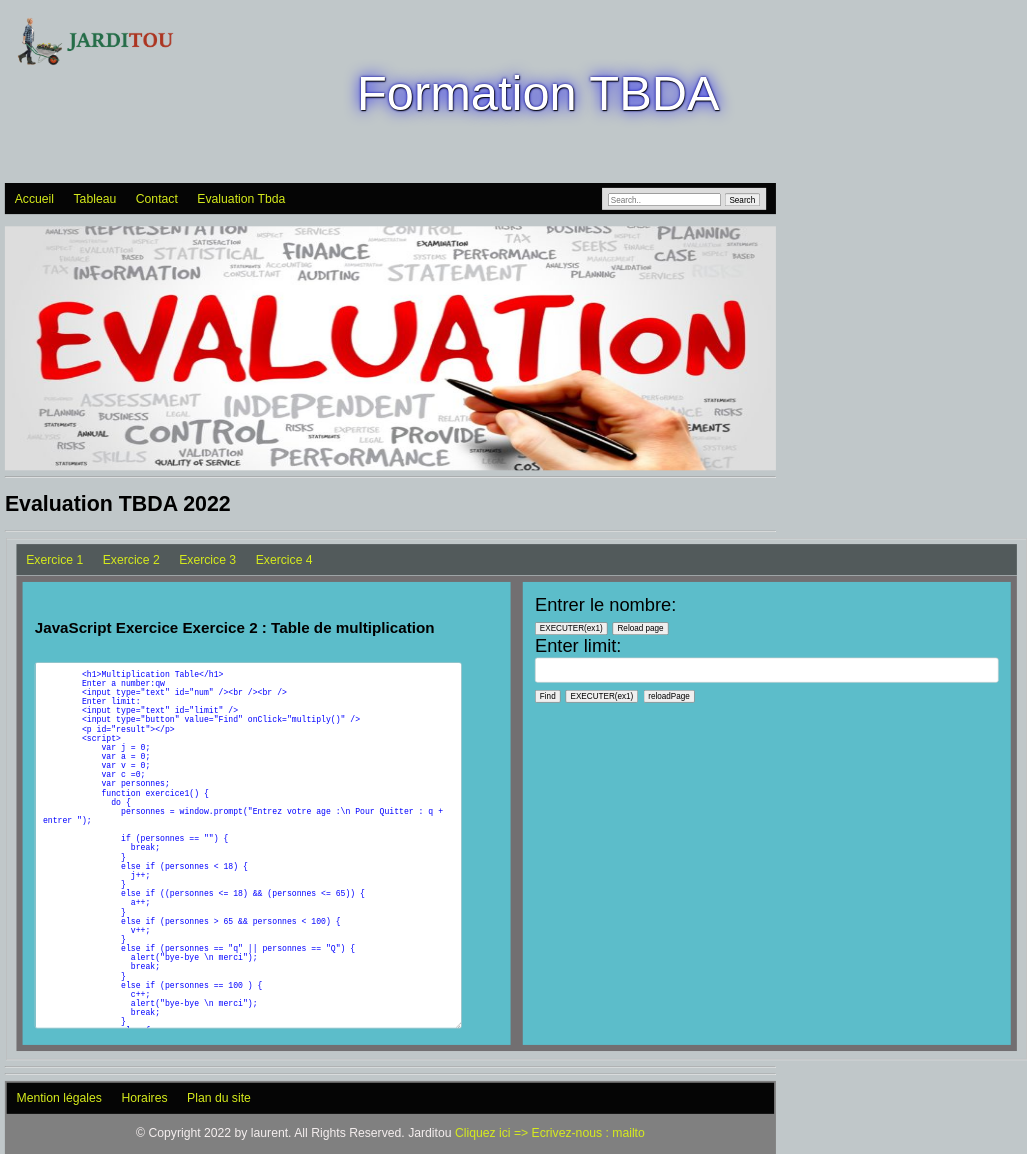
Repository: laurentbul/jarditou
Page: javascript/EvaluationTbda/ex1.html
These files come from the project's save history. The page is drawn as it stood at one moment and after the next save; the edit follows.
The browser window is 1280 px wide. The page is 1684 px wide, so the pictures cover 1684 px, including what lies to the right of the window. The pictures show the whole page, at 61% of full size.
An inner scrolling area shows only its first screen.

Above is the page before, as saved 2022-12-15 20:53:54.

### javascript/EvaluationTbda/ex1.html
<!DOCTYPE html>
<html lang="fr">

<head>
    <meta charset="UTF-8">
    <meta http-equiv="X-UA-Compatible" content="IE=edge">
    <meta name="viewport" content="width=device-width, initial-scale=1.0">
    <title>cours exercices HTML</title>
    <link rel="stylesheet" href="../assets/css/style.css" />
    <style>
        .flex-container2 {
            display: flex;
            background-color: rgb(114, 111, 113);
            justify-content: center;
        }

        .flex-container2>div {
            background-color: #5cbdca;
            margin: 10px;
            padding: 20px;
            font-size: 30px;
            width: 800px;
        }
    </style>
</head>

<body>
    <div class="flex-container">
        <div class="logo"><img src="../assets/img/jarditou_logo.png" alt="jarditou logo" title="jarditou logo"
                height="80" />
        </div>
        <div>
            <p class="slogan">Formation TBDA </p>
        </div>
    </div>
    <nav>
        <ul>
            <li><a href="../index.html">Accueil</a></li>
            <li><a href="../table.html">Tableau</a></li>
            <li><a href="../contact.html">Contact</a></li>
            <li><a href="../EvaluationTbda/evaluation_tbda.html">Evaluation Tbda</a></li>
            <li class="search-container">
                <div>
                    <form action="/action_page.php">
                        <input type="text" class="searchinput" placeholder="Search.." name="search" />
                        <button type="submit">Search</button>
                    </form>
                </div>
            </li>
        </ul>
    </nav>
    <img src="../assets/img/evaluation2.jpg" width="500" height="400" alt="qu'est ce que html" class="imgpromotion"
        title="promotion jarditou" />
    <hr />
    <h1>Evaluation TBDA 2022</h1>
    <hr>
    <fieldset>
        <nav style="padding:1px 0; font-size:20px;">
            <ul style="background-color: #525a5b;">
                <li><a href="eval_ex1.html">Exercice 1 </a></li>
                <li><a href="eval_ex2.html">Exercice 2 </a></li>
                <li><a href="eval_ex3.html">Exercice 3</a></li>
                <li><a href="eval_ex4.html">Exercice 4</a></li>
            </ul>
        </nav>
        <div class="flex-container2">
            <div id="code">
                <h5>JavaScript Exercice Exercice 2 : Table de multiplication</h5>
                <textarea style="height: 600px;width: 700px; color: blue;">
        <h1>Multiplication Table</h1>
        Enter a number:qw
        <input type="text" id="num" /><br /><br />
        Enter limit:
        <input type="text" id="limit" />
        <input type="button" value="Find" onClick="multiply()" />
        <p id="result"></p>
        <script>
            var j = 0;
            var a = 0;
            var v = 0;
            var c =0;
            var personnes;
            function exercice1() {
              do {
                personnes = window.prompt("Entrez votre age :\n Pour Quitter : q + entrer ");

                if (personnes == "") {
                  break;
                }
                else if (personnes < 18) {
                  j++;
                }
                else if ((personnes <= 18) && (personnes <= 65)) {
                  a++;
                }
                else if (personnes > 65 && personnes < 100) {
                  v++;
                }
                else if (personnes == "q" || personnes == "Q") {
                  alert("bye-bye \n merci");
                  break;
                }
                else if (personnes == 100 ) {
                  c++;
                  alert("bye-bye \n merci");
                  break;
                }
                else {
                  alert("Entrer un chiffre svp entre 1 et 100")
                }
              }
              while (personnes <= 100);
              window.alert("Il y a " + "" + j + "" + " jeunes\n " + "Il y a " + "" + a + "" + " adulte\n " + " Il y a " + "" + v + "" + " vieux\n " + " dont " +  c + "" + " centenaire ");
              document.getElementById("ex1").innerHTML = "Il y a " + "" + j + "" + " jeunes\n " + "Il y a " + "" + a + "" + " adulte\n " + " Il y a " + "" + v + "" + " vieux\n " + " dont " +  c + "" + " centenaire ");
              //document.write("Il y a " + "" + j + "" + " jeunes\n " + "Il y a " + "" + a + "" + " adulte\n " + " Il y a " + " Il y a " + "" + v + "" +" vieux\n " + " dont "+ " 1 " + "" + " centenaire ");
            }
            function myFunction() {
              location.reload();
            }
            function reset() {
              document.getElementById("myForm").reset();
            }
          </script>
    </textarea>
            </div>
            <div id="ex1">
                <div>
                    Entrer le nombre:
                    <div><input type="button" onclick="exercice1()" value="EXECUTER(ex1)">
                        <input type="button" onclick="myFunction()" value="Reload page">
                    </div>
                    Enter limit:
                    <input type="text" id="limit" />
                    <input type="button" value="Find" onClick="multiply()" />
                    <input type="button" onclick="multiply() " value="EXECUTER(ex1)">
                    <input type="button" onclick="myFunction()" value="reloadPage">
                    <p id="result"></p>
                </div>
            </div>
        </div>
    </fieldset>
    <hr>
    <script>
        var j = 0;
        var a = 0;
        var v = 0;
        var personnes;
        function exercice1() {
          do {
            personnes = window.prompt("Entrez votre age :\n Pour Quitter : q + entrer ");

            if (personnes == "") {
              break;
            }
            else if (personnes < 18) {
              j++;
            }
            else if ((personnes <= 18) || (personnes <= 65)) {
              a++;
            }
            else if (personnes > 65 || personnes < 100) {
              v++;
            }
            else if (personnes == "q" || personnes == "Q") {
              alert("bye-bye \n merci");
              break;
            }
            else {
              alert("Entrer un chiffre svp entre 1 et 100")
            }
          }
          while (personnes != 100);
          window.alert("Il y a " + "" + j + "" + " jeunes\n " + "Il y a " + "" + a + "" + " adulte\n " + " Il y a " + " Il y a " + "" + v + "" + " vieux\n " + " dont " + " 1 " + "" + " centenaire ");
          document.getElementById("ex1").innerHTML = "Il y a " + "" + j + "" + " jeunes\n " + "Il y a " + "" + a + "" + " adulte\n " + " Il y a " + " Il y a " + "" + v + "" + " vieux\n " + " dont " + " 1 " + "" + " centenaire ";
          //document.write("Il y a " + "" + j + "" + " jeunes\n " + "Il y a " + "" + a + "" + " adulte\n " + " Il y a " + " Il y a " + "" + v + "" +" vieux\n " + " dont "+ " 1 " + "" + " centenaire ");
        }
        function myFunction() {
          location.reload();
        }
        function reset() {
          document.getElementById("myForm").reset();
        }
      </script>
    <hr>
    <footer>
        <nav>
            <ul>
                <li><a href="mentionlegale.html">Mention légales</a></li>
                <li><a href="horaire.html">Horaires</a></li>
                <li><a href="plandusite.html">Plan du site</a></li>
            </ul>
        </nav>
        <p style="color: rgb(244, 238, 238);">
            &copy; Copyright 2022 by laurent. All Rights Reserved. Jarditou
            <a href="mailto:dave.loper@afpa.fr" title="Nous contacter">
                Cliquez ici => Ecrivez-nous : mailto
            </a>
        </p>
    </footer>
</body>

</html>

### javascript/assets/css/style.css
body {
  font-family: Arial, Helvetica, sans-serif;
  padding: 0px;
  background-color: rgb(192, 199, 201);
  font-size: 20px;
  height: 1500px;
}
h1{font-size: 35px;
}
h2{font-size: 20px;
}
.flex-container {
  display: flex;
}

.flex-container>div {
  padding: 20px;
}

.jarditou_logo {
  height: 80px;
}

.slogan {
  color: white;
  text-shadow: 1px 1px 2px black, 0 0 25px blue, 0 0 5px darkblue;
  font-size: 40px;
  margin-left: 250px;
  font-size: 80px;
}

ul {
  list-style-type: none;
  margin: 0;
  padding: 0;
  overflow: hidden;
  background-color: rgb(5, 5, 5);
}

li {
  float: left;
}

li a {
  display: block;
  color: white;
  text-align: center;
  padding: 14px 16px;
  text-decoration: none;
}

li a:hover:not(.active) {
  background-color: rgb(240, 10, 10);
}

.active {
  background-color: #4caf50;
}

a:link {
  color: rgb(214, 235, 28);
  background-color: transparent;
  text-decoration: none;
}

ul.a {

  background-color: rgb(179, 167, 167);

  color:rgb(42, 226, 211);

}


aside {
  width: 30%;
  height: 25%px;
  padding-left: 15px;
  float: right;
  font-style: italic;
  background-color: lightgray;
  margin-right: 60px;
  /*display:none */ /*===========correction =======================*/
}



.imgpromotion {
  display: block;
  margin-top: 20px;
  margin-left: auto;
  margin-right: auto;
  width: 100%;
}


footer {
  text-align: center;
  padding: 3px;
  background-color: gray;
  color: white;
}


.search-container {
  float: right;
  padding: 6px 10px;
  margin-top: 8px;
  margin-right: 16px;
  background: #ddd;
  font-size: 20px;
  border: none;
  cursor: pointer;
}


* {
  box-sizing: border-box;
}

input[type=text]:not(.searchinput),
select,
textarea {
  width: 100%;
  padding: 12px;
  border: 1px solid #ccc;
  border-radius: 4px;
  resize: vertical;
}



input[type=submit] {
  display: block;
  margin: 0px;
  width: 100%;
  padding: 12px;
  background-color: rgb(211, 211, 212);
}


input[type=submit]:hover {
  background-color: #d6c82f;
}

.container {
  border-radius: 5px;
  background-color: #af1818;
  padding: 20px;
}

#pays {
  font-size: 20px;
}

#birthday {
  font-size: 20px;
}

table {
  margin-bottom: 50px;
  margin-left: 100px;
}


th,
td {
  border: 1px solid black;
  border-collapse: collapse;
  margin-left: 100px;
  margin-bottom: 10px;
  background-color: #3f3324;
}

th {
  background-color: gray;
}

tr {
  color: azure;
}

table {
  width: 50%;
}

.btncontact {
  height: 45px;
  width: 200px;
  background-color: hsl(127, 4%, 46%);
  font-size: 20px;
  margin-left: 100px;
}

.btncontact:hover {
  background-color: #6ab0d8;
  color: white;
}

/* Responsive layout - when the screen is less than 768px wide, make the two columns stack on top of each other instead of next to each other */
@media screen and (max-width: 768px) {

  body {

    background-color: lavender;
    font-size: 14px;
  }


  .flex-container {
    display: flex;
  }

  .flex-container>div {
    padding: 0px;

  }

  .jarditou_logo {
    height: 80px;
  }

  .slogan {
    color: white;
    text-shadow: 1px 1px 2px black, 0 0 25px blue, 0 0 5px darkblue;
    margin-left: 0px;
    font-size: 40px;
  }

  ul {
    list-style-type: none;
    background-color: #367791;
    width: 768px;
  }

  li {
    background-color: rgb(10, 10, 10);
    display: flex;
    justify-content: center;
    width: 768px;
  }

  li a:hover:not(.active) {
    background-color: rgb(240, 10, 10);
  }

  aside{
    visibility: hidden;
}


}

.error{
  color: rgb(197, 22, 22);
}

After the next save:
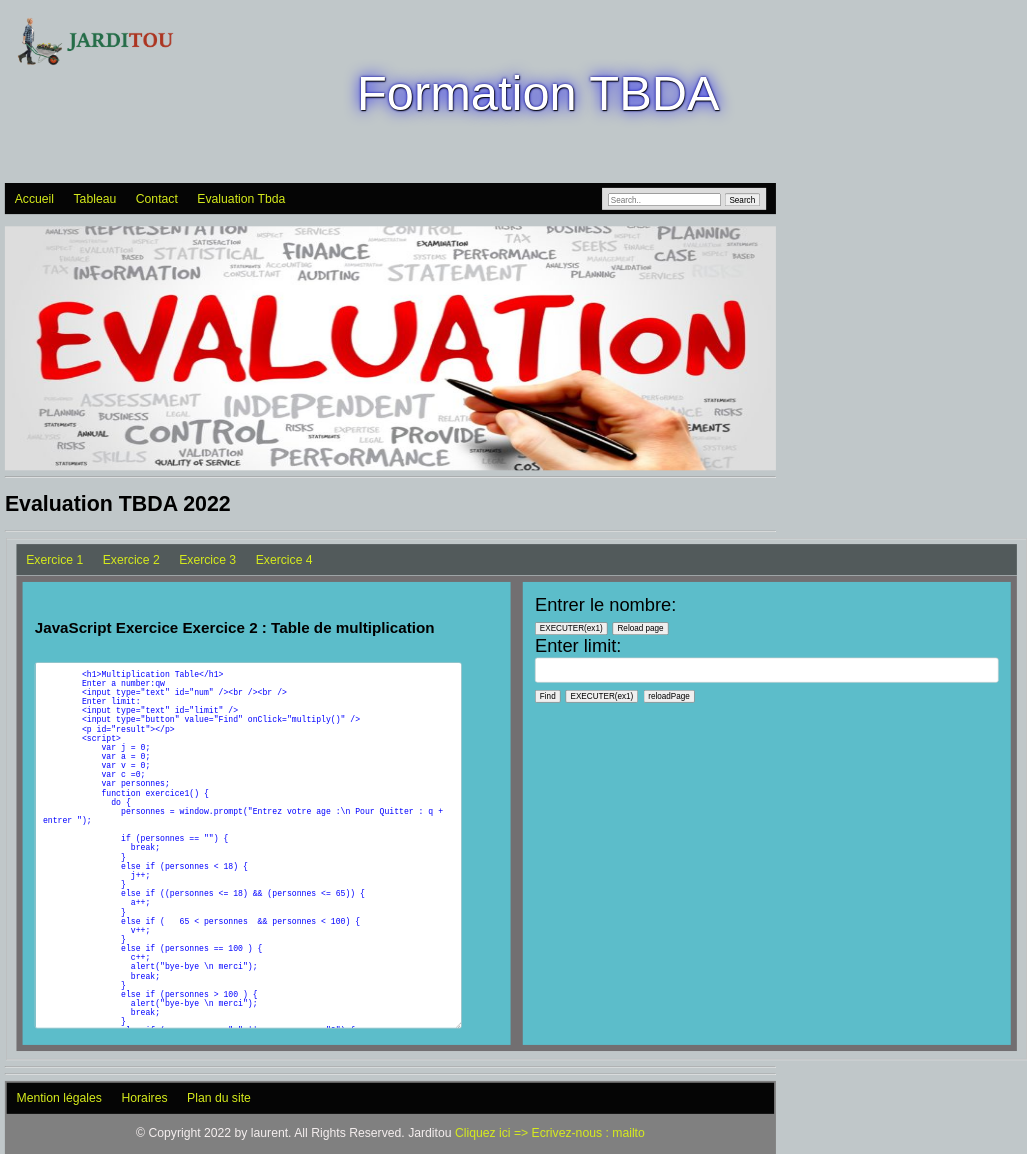
Saved 3 min 29 s later.
--- a/javascript/EvaluationTbda/ex1.html
+++ b/javascript/EvaluationTbda/ex1.html
@@ -93,15 +93,19 @@
                 else if ((personnes <= 18) && (personnes <= 65)) {
                   a++;
                 }
-                else if (personnes > 65 && personnes < 100) {
+                else if (   65 < personnes  && personnes < 100) {
                   v++;
-                }
-                else if (personnes == "q" || personnes == "Q") {
-                  alert("bye-bye \n merci");
-                  break;
                 }
                 else if (personnes == 100 ) {
                   c++;
+                  alert("bye-bye \n merci");
+                  break;
+                }
+                else if (personnes > 100 ) {
+                  alert("bye-bye \n merci");
+                  break;
+                }
+                else if (personnes == "q" || personnes == "Q") {
                   alert("bye-bye \n merci");
                   break;
                 }
